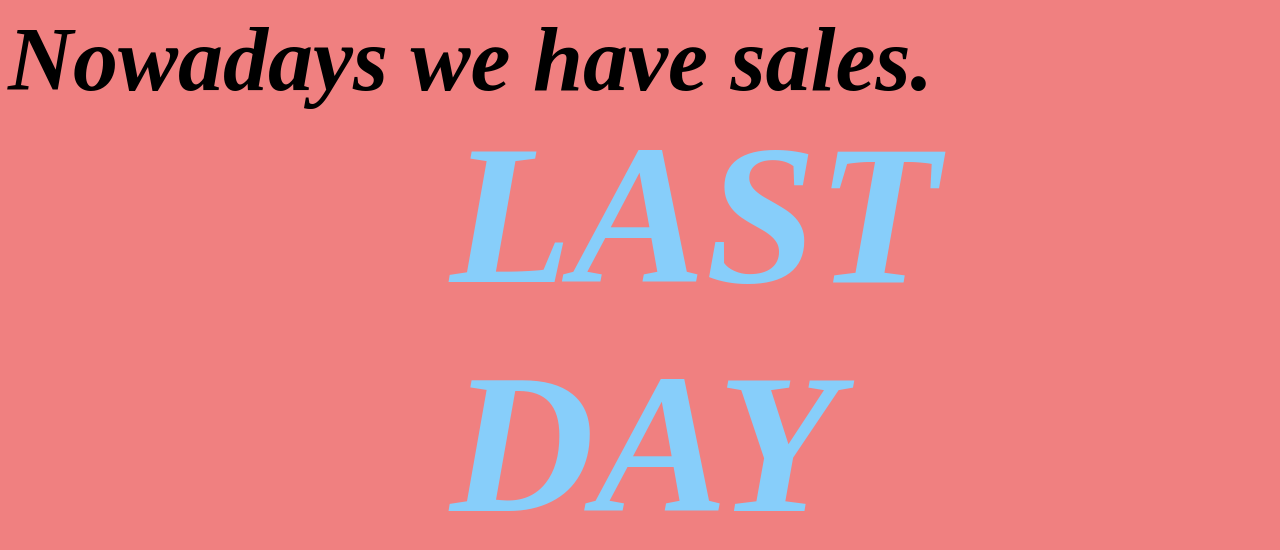
Repository: KHANas02/JS_first-lesson
Page: sale.html
An editor plug-in stored every save of this project. The page is shown before and after a run of saves, followed by the edit.
The browser window is 1280 px wide. The pictures show the whole page.

Above is the page before, as saved 2024-03-23 09:51:56.

After the next 2 saves:
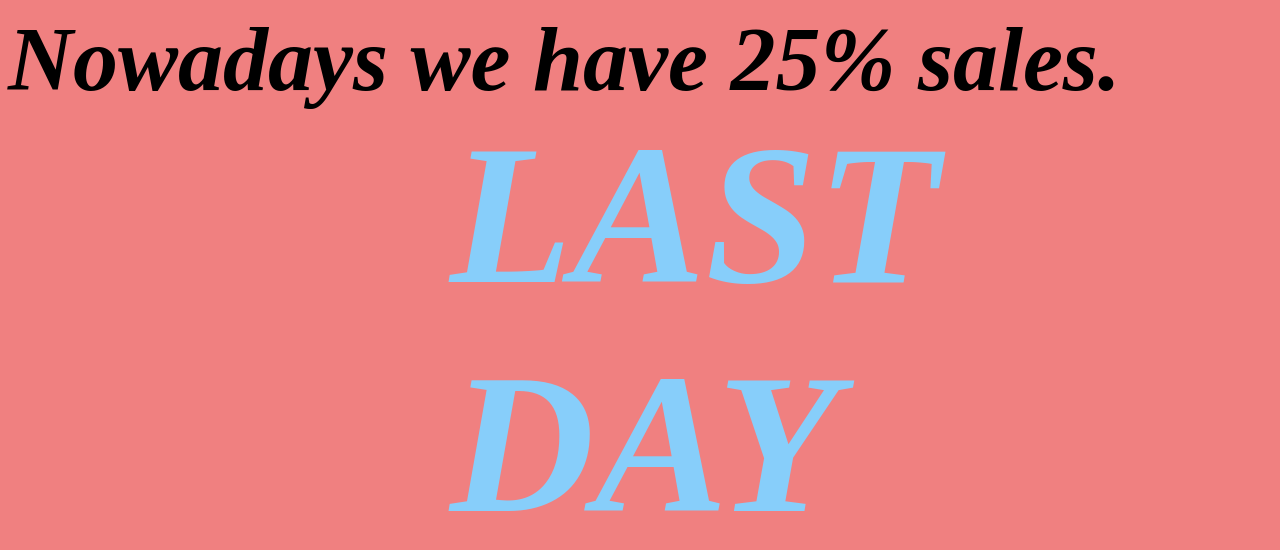
The 2 saves are shown as one change because they came seconds apart.
The last was saved 6 s later.
--- a/sale.html
+++ b/sale.html
@@ -25,7 +25,7 @@
   </head>
   <body>
     <div class="sales">
-      <cite class="sal">Nowadays we have sales.</cite>
+      <cite class="sal">Nowadays we have 25% sales.</cite>
     </div>
     <div class="sale">
       <cite class="sal2"
